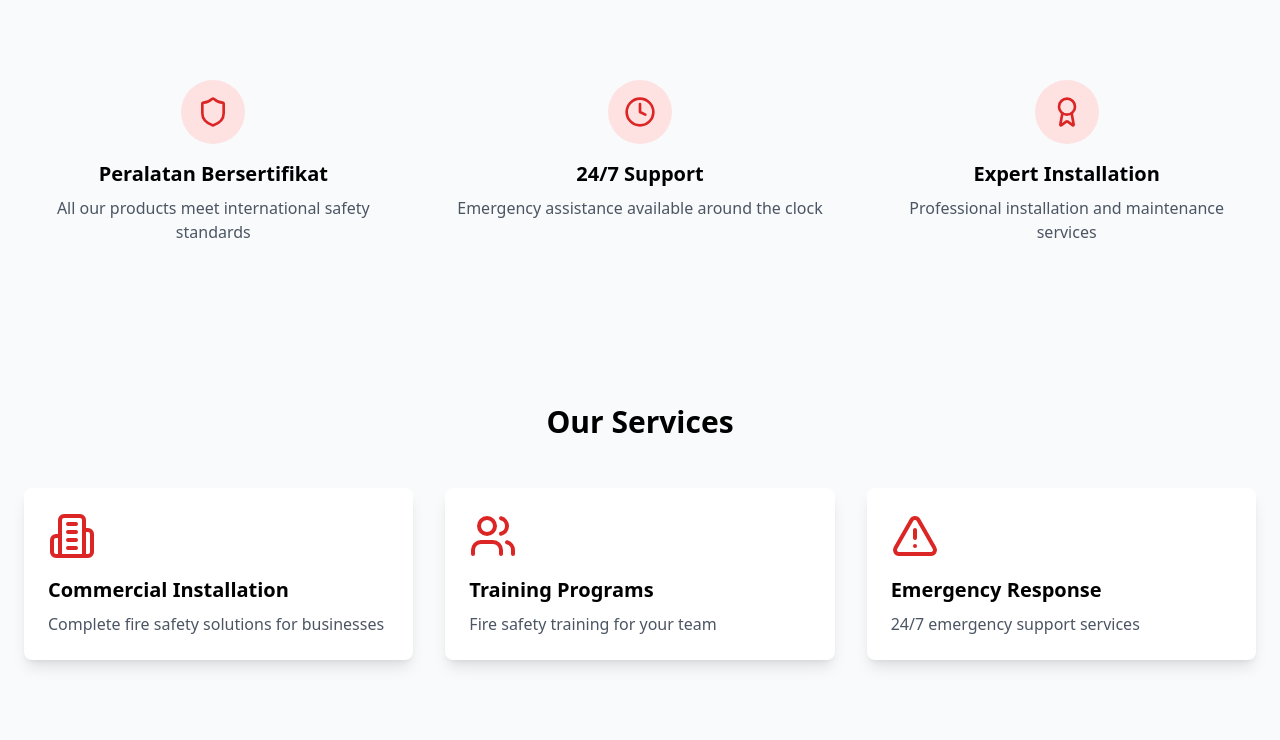
Repository: matrixmas/matrixmas.github.io
Page: /
The author's editor kept a copy of each file at every save. The page is drawn from the files as they stood at one save, then again after the next save.
The browser window is 1280 px wide. The pictures show the part of the page from y = 600 to 1364 px (the page is 1340 px tall before and 1364 px after).
The project was rebuilt for these pictures with package versions that can differ from the ones it lists, and the page was loaded fresh each time. Also part of the build but not shown: vite.config.ts, src/components/Header.tsx, src/pages/Products.tsx, src/pages/ProductDetail.tsx, src/pages/About.tsx, src/pages/Contact.tsx.

Above is the page before, as saved 2025-02-04 13:25:24.

### index.html
<!doctype html>
<html lang="en">
  <head>
    <meta charset="UTF-8" />
    <link rel="icon" type="image/svg+xml" href="/vite.svg" />
    <meta name="viewport" content="width=device-width, initial-scale=1.0" />
    <title>Matrix Fire Extinguisher</title>
  </head>
  <body>
    <div id="root"></div>
    <script type="module" src="/src/main.tsx"></script>
  </body>
</html>

### src/App.tsx
import React from 'react';
import { BrowserRouter as Router, Routes, Route } from 'react-router-dom';
import Home from './pages/Home';
import Products from './pages/Products';
import ProductDetail from './pages/ProductDetail';
import About from './pages/About';
import Contact from './pages/Contact';

function App() {
  return (
    <Router>
      <Routes>
        <Route path="/" element={<Home />} />
        <Route path="/products" element={<Products />} />
        <Route path="/products/:id" element={<ProductDetail />} />
        <Route path="/about" element={<About />} />
        <Route path="/contact" element={<Contact />} />
      </Routes>
    </Router>
  );
}

export default App;

### src/pages/Home.tsx
import React from 'react';
import { Shield, Phone, ShoppingCart, Award, Clock, AlertTriangle, FireExtinguisher, Building2, Users } from 'lucide-react';
import { Link } from 'react-router-dom';
import Navbar from '../components/Navbar';

export default function Home() {
  return (
    <div className="min-h-screen bg-white">
      {/* Hero Section */}
      <header className="relative h-[600px]">
        <div className="absolute inset-0 bg-black/50 z-10" />
        <img
          src="https://static.wixstatic.com/media/60950c08c94d45479365133f9df72605.jpg/v1/fill/w_2577,h_1183,al_c,q_90,enc_avif,quality_auto/60950c08c94d45479365133f9df72605.jpg"
          alt="Fire Safety Equipment"
          className="absolute inset-0 w-full h-full object-cover"
        />
        <Navbar />
        <div className="relative z-20 container mx-auto px-6 pt-32">
          <h1 className="text-5xl font-bold text-white mb-6">Jual Alat Pemadam Api Berkualitas dan Ramah Lingkungan di Surabaya</h1>
          <p className="text-xl text-gray-200 mb-8 max-w-2xl">Cari alat pemadam api yang murah namun berkualitas? Matrix Fire Extinguisher hadir dengan pilihan produk alat pemadam api dan peralatan safety lainnya yang ramah lingkungan dan terjangkau. Kami menawarkan solusi terbaik untuk perorangan maupun bisnis, dengan layanan di Surabaya. Hubungi kami untuk mendapatkan produk berkualitas dengan harga kompetitif!</p>
          <div className="flex space-x-4">
            <Link to="/products" className="bg-red-600 text-white px-8 py-3 rounded-lg hover:bg-red-700 flex items-center space-x-2">
              <ShoppingCart className="h-5 w-5" />
              <span>Products</span>
            </Link>
            <Link to="/contact" className="bg-white text-red-600 px-8 py-3 rounded-lg hover:bg-gray-100 flex items-center space-x-2">
              <Phone className="h-5 w-5" />
              <span>Contact Sales</span>
            </Link>
          </div>
        </div>
      </header>

      {/* Features Section */}
      <section className="py-20 bg-gray-50">
        <div className="container mx-auto px-6">
          <div className="grid grid-cols-1 md:grid-cols-3 gap-12">
            <div className="flex flex-col items-center text-center">
              <div className="bg-red-100 p-4 rounded-full mb-4">
                <Shield className="h-8 w-8 text-red-600" />
              </div>
              <h3 className="text-xl font-semibold mb-2">Peralatan Bersertifikat</h3>
              <p className="text-gray-600">All our products meet international safety standards</p>
            </div>
            <div className="flex flex-col items-center text-center">
              <div className="bg-red-100 p-4 rounded-full mb-4">
                <Clock className="h-8 w-8 text-red-600" />
              </div>
              <h3 className="text-xl font-semibold mb-2">24/7 Support</h3>
              <p className="text-gray-600">Emergency assistance available around the clock</p>
            </div>
            <div className="flex flex-col items-center text-center">
              <div className="bg-red-100 p-4 rounded-full mb-4">
                <Award className="h-8 w-8 text-red-600" />
              </div>
              <h3 className="text-xl font-semibold mb-2">Expert Installation</h3>
              <p className="text-gray-600">Professional installation and maintenance services</p>
            </div>
          </div>
        </div>
      </section>

      {/* Services Section */}
      <section className="py-20 bg-gray-50">
        <div className="container mx-auto px-6">
          <h2 className="text-3xl font-bold text-center mb-12">Our Services</h2>
          <div className="grid grid-cols-1 md:grid-cols-3 gap-8">
            <div className="bg-white p-6 rounded-lg shadow-lg">
              <Building2 className="h-12 w-12 text-red-600 mb-4" />
              <h3 className="text-xl font-semibold mb-2">Commercial Installation</h3>
              <p className="text-gray-600">Complete fire safety solutions for businesses</p>
            </div>
            <div className="bg-white p-6 rounded-lg shadow-lg">
              <Users className="h-12 w-12 text-red-600 mb-4" />
              <h3 className="text-xl font-semibold mb-2">Training Programs</h3>
              <p className="text-gray-600">Fire safety training for your team</p>
            </div>
            <div className="bg-white p-6 rounded-lg shadow-lg">
              <AlertTriangle className="h-12 w-12 text-red-600 mb-4" />
              <h3 className="text-xl font-semibold mb-2">Emergency Response</h3>
              <p className="text-gray-600">24/7 emergency support services</p>
            </div>
          </div>
        </div>
      </section>
    </div>
  );
}

### src/components/Navbar.tsx
import React from 'react';
import { Link } from 'react-router-dom';
import { FireExtinguisher, ShoppingCart } from 'lucide-react';

export default function Navbar() {
  return (
    <nav className="relative z-20 container mx-auto px-6 py-6 flex items-center justify-between">
      <Link to="/" className="flex items-center space-x-2 text-white">
        <FireExtinguisher className="h-8 w-8" />
        <span className="text-2xl font-bold">Matrix Mas</span>
      </Link>
      <div className="flex items-center space-x-8 text-white">
        <Link to="/products" className="hover:text-red-400">Products</Link>
        <Link to="/about" className="hover:text-red-400">About</Link>
        <Link to="/contact" className="hover:text-red-400">Contact</Link>
        <button className="flex items-center space-x-2 bg-red-600 px-4 py-2 rounded-lg hover:bg-red-700">
          <ShoppingCart className="h-5 w-5" />
          <span>Cart (0)</span>
        </button>
      </div>
    </nav>
  );
}

Loaded but not shown: src/main.tsx (common file); src/index.css (common file); tailwind.config.js (common file)

After the next save:
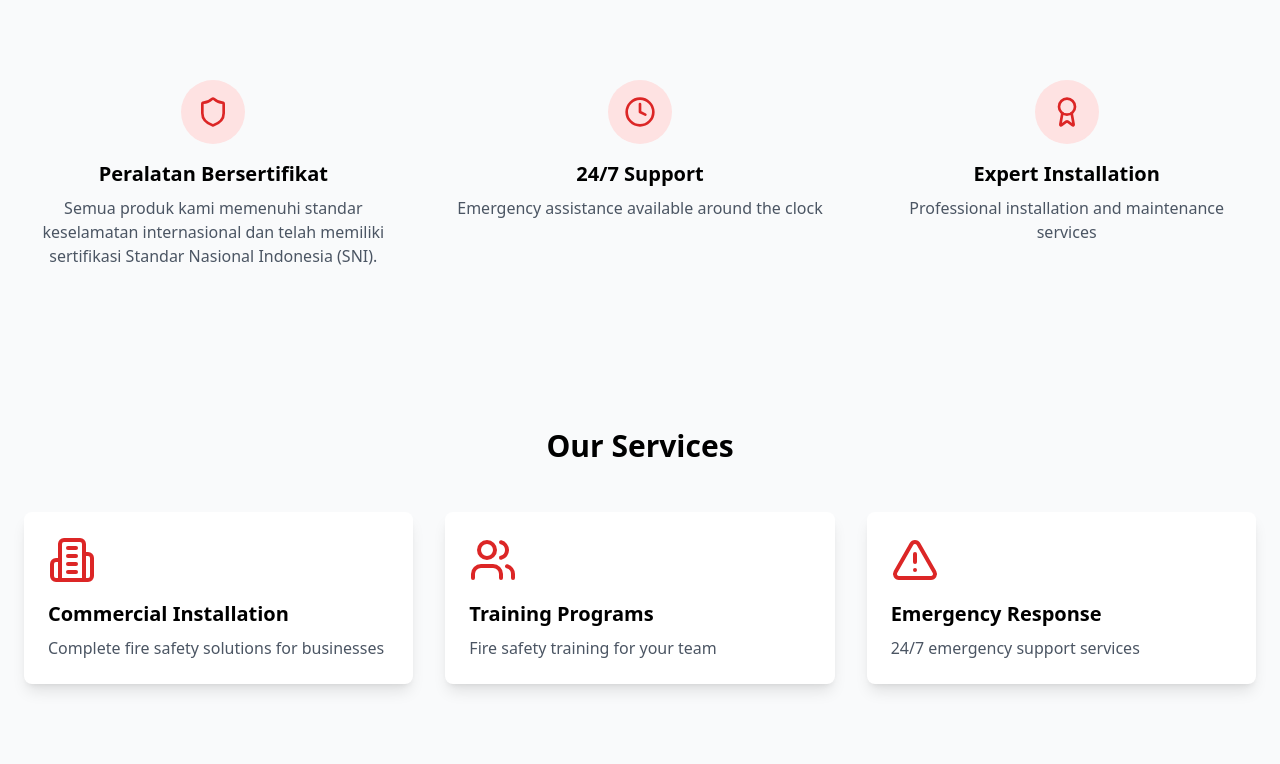
Saved 6 s later.
--- a/src/pages/Home.tsx
+++ b/src/pages/Home.tsx
@@ -40,7 +40,7 @@ export default function Home() {
                 <Shield className="h-8 w-8 text-red-600" />
               </div>
               <h3 className="text-xl font-semibold mb-2">Peralatan Bersertifikat</h3>
-              <p className="text-gray-600">All our products meet international safety standards</p>
+              <p className="text-gray-600">Semua produk kami memenuhi standar keselamatan internasional dan telah memiliki sertifikasi Standar Nasional Indonesia (SNI).</p>
             </div>
             <div className="flex flex-col items-center text-center">
               <div className="bg-red-100 p-4 rounded-full mb-4">
